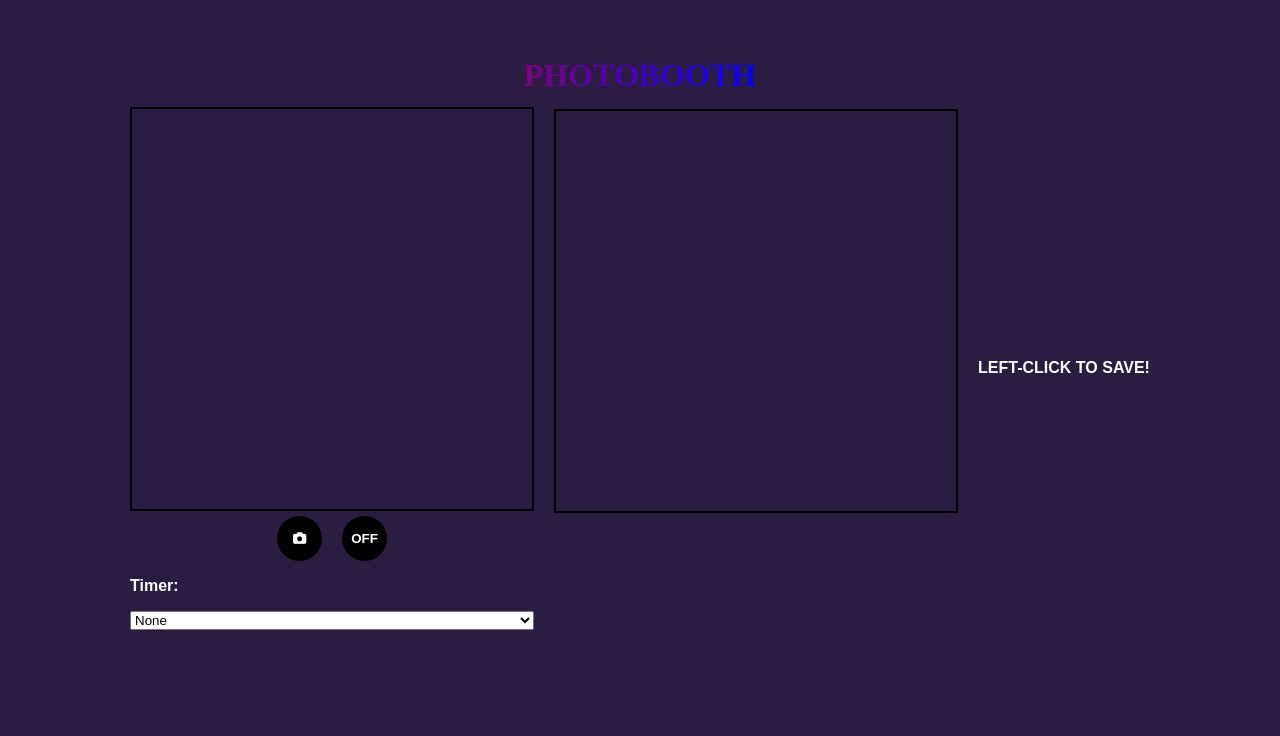
Repository: dmpelaez/photoBoothy
Page: Photobooth.html
An editor plug-in stored every save of this project. The page is shown before and after the next save, followed by the edit.
The browser window is 1280 px wide. The pictures show the whole page.
Some web libraries are served in a nearby version.

Above is the page before, as saved 2025-12-16 23:36:43.

### Photobooth.html
<!DOCTYPE html>

  <html>

    <head>

      <title>Photobooth</title>
      <!--CSS link-->
      <link rel="stylesheet" href="https://cdnjs.cloudflare.com/ajax/libs/font-awesome/7.0.1/css/all.min.css">
      <link rel="stylesheet" href="Photobooth.css">
    </head>
    <body>
      <h1>PHOTOBOOTH</h1>
      <div class="container">

        <div class="timer"></div>

        <video autoplay id="video">

        </video>
        <div class="container2">
          <button id="photo-btn" ><i class="fa-solid fa-camera"></i></button>
          <button id="btn-toggle">OFF</button>

        </div>
        <p class="timerchoose">Timer:</p>
        <select class="select" value="">
          <option value="0">None</option>
          <option  value="3">3 seconds</option>
          <option  value="5">5 seconds</option>
          <option value="7">7 seconds</option>
          <option  value="10">10 seconds</option>
        </select>

      </div>

      <canvas id="canvas-image"></canvas>
      <p class="save">Left-click to save!</p>
      <script src="Photobooth.js"></script>
    </body>

  </html>

### Photobooth.css
body {
  display: Flex;
  align-items: center;
  justify-content: center;
  HEIGHT: 100VH;
  flex-direction: row;
  gap: 20px;
  background: rgb(43, 29, 65);
}
h1 {
  position: absolute;
  top: 5%;
  background: linear-gradient(90deg, purple, blue);
    -webkit-background-clip: text;
  -webkit-text-fill-color: transparent;
}

.container {
  display: grid;
  grid-template-columns: 1fr ;
   grid-template-rows: 1fr 50px 50px;
}
.container2 {
  display: flex;
  justify-content: center;
  align-items: center;
  gap: 20px;
  padding-top: 5px;
}
#video,
#canvas-image {
  border: 2px solid black;
  height: 400px;
  width: 400px;
}
#canvas-image {
  margin-bottom: 115px;
}
#video {
  display: grid;
}
#btn-toggle {

  background: rgb(0, 0, 0);
  border: none;
  border-radius: 50%;
  height: 45px;
  width: 45px;
  color: white;
  font-weight: bold;
  font-family: arial;
  cursor: pointer;
}
#photo-btn {


  height: 45px;
  width: 45px;
  border: none;
  background: rgb(0, 0, 0);
  cursor: pointer;
  border-radius: 50%;
}
#photo-btn i {
  color: white;

}
.timer {
display: none;

}
.timerchoose {
  font-weight: bold;
  font-family: arial;
  color: white;
}

.timerPhoto {
  background: black;
  height: 50px;
  width: 50px;
  color: white;
  display: flex;
  align-items: center;
  justify-content: center;
   position: absolute;
  left: 35%;
  bottom: 69.5%;
}
.save {
  font-weight: bold;
  font-family: arial;
  color: white;
  text-transform: uppercase;
}

### Photobooth.js
//To make the video appear in html
//I use <video></video> html element
const video = document.getElementById('video');
//canvas element is where the photos will appear
const canvas = document.getElementById('canvas-image');
const btn = document.getElementById('photo-btn');
//I set the canvas into 2d to get the copy
//of the photo taken
const context = canvas.getContext('2d');


//I use navigator.mediDevices.getUsermedia
//to get access on the camera by allowing the
//video and use it to assigned as value of
//video element

///-----------------------------------------------------------------///
//Default value false
let isVideo = false;


//This is a btn for on and off to the camera
document.getElementById('btn-toggle')
.addEventListener('click', () => {

  //Condition where it looks for the opposite
  //value of isVideo by using NOT operator
  //which will result to having a value of TRUE
  if (!isVideo) {
  //once it becomes true
  //navigator.mediaDevices.getUserMedia will activate
  //and the access to video will open
  navigator.mediaDevices.getUserMedia({video: true})
  .then((stream) => {
  //access to camera
  video.srcObject = stream;
  //btn ON
   document.getElementById('btn-toggle').innerHTML = 'ON';
   //Value was change to true
   //so once the btn is click again
   //the else if is the one that will be open
     isVideo = true;

  });
} else if (isVideo) {
  //access to camera again
 navigator.mediaDevices.getUserMedia({video: true})
  .then((stream) => {
    //To stop the camera access
    stream.getTracks().forEach(track => track.stop());
    //To stop the webcam light we need to track all
    //the access video.srcObject have
    for (const track of video.srcObject.getTracks()) {
      track.stop();
    }
    //no value
    stream = null;
    //no value
   video.srcObject = null;
   //Display btn as OFF
   document.getElementById('btn-toggle').innerHTML = 'OFF';
   //Value is changed to false
   isVideo = false;

  })

}
console.log(isVideo);
});

///------------------------------------------------------------///
//capturePhoto is a function where
// the canvas width and height have the
// values of videos'
//and context.drawImage capture everything
//and replicate the videos into photo
//and before that we change its value
//to the canvas.getContext('2d')
function capturePhoto() {
  //the value canvas width and height
  // is the same as the video width and height;
  canvas.width = video.videoWidth;
  canvas.height = video.videoHeight;

  //
  context.drawImage(video, 0, 0, canvas.width, canvas.height);
}

///------------------------------------------------------------------------///
//btn for camera to capture
btn.addEventListener('click', () => {
//Finally after minutes of thinking how
//to activate the timer if the camera is open

//This will only activate if the isVideo value
// is true but its default value stop it from triggering
//the settimer() because it didn't meet the condition
if (isVideo === true) {
settimer();

}
})

document.body.addEventListener('keydown', (event) => {
  if (event.code === 'Space') {
    if (isVideo === true) {
      settimer();
  }
 }
})

///-----------------------------------------------------------------////








//Timer default setTime
let timer = 0;
//Time interval default value;
let timeInterval = null;
//Get the class selector of select element
const setTime = document.querySelector('.select');
//Use it to get the value from options
//using the eventlistener
//and reassinged the value of timer
//based on the selected value
setTime.addEventListener('change', () => {
  timer = Number(setTime.value);
})

//This is timer function
// where after five seconds
//it will capture a picture
function settimer() {
  //ClearInterval to clear the previous time
  clearInterval(timeInterval);

 //variable timeChange is assign to the value of timer
 let timeChange = timer;
  const timer2 =  document.querySelector('.timer');
  //Use if condition to trigger the funtions inside
  if (timeChange > 0) {
    console.log(timeChange);

    //timeInterval value is reassigned to setInterval
    timeInterval = setInterval(() => {
      //where the class for display of timer is added
      timer2.classList.add("timerPhoto");
      //and display it to see
       document.querySelector('.timer').innerHTML = timeChange;
       //Use if statement
       //where if the timer is equal to 0
       //it will clear the timeInterval which is this
       //part of the function to reset the timer
       //and remove the display
       //and also capture the image
       if (timeChange === 0) {
        clearInterval(timeInterval);
        capturePhoto();

        timer2.classList.remove("timerPhoto");
       }
       //Time is dropping only until it
       //reaches 0 because the if statement condition
       // remove all this part after reaching the time 0

       timeChange --;

    }, 1000);


  } else  {
    //Optional but to make sure
    //the photo is captured
    capturePhoto();

  }
}

After the next save:
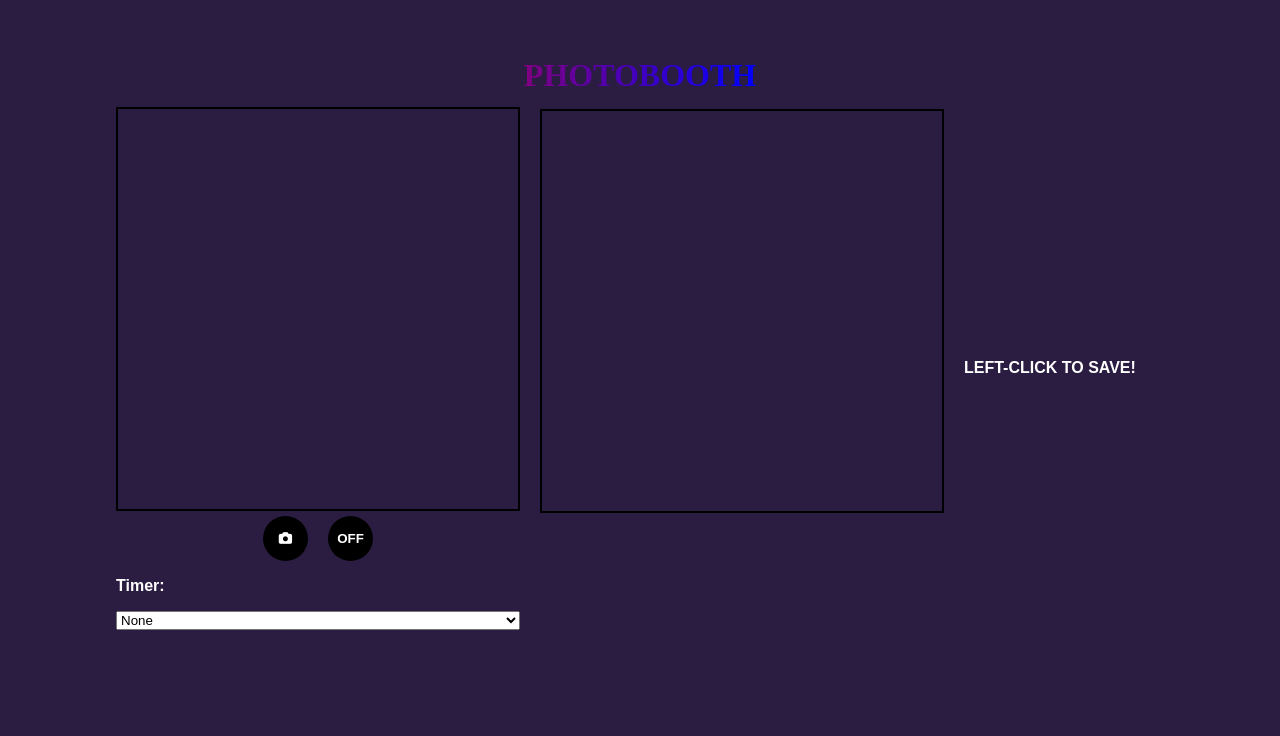
Saved 8 s later.
--- a/Photobooth.css
+++ b/Photobooth.css
@@ -92,4 +92,5 @@
   font-family: arial;
   color: white;
   text-transform: uppercase;
+  width: 200px;
 }

After the save that followed:
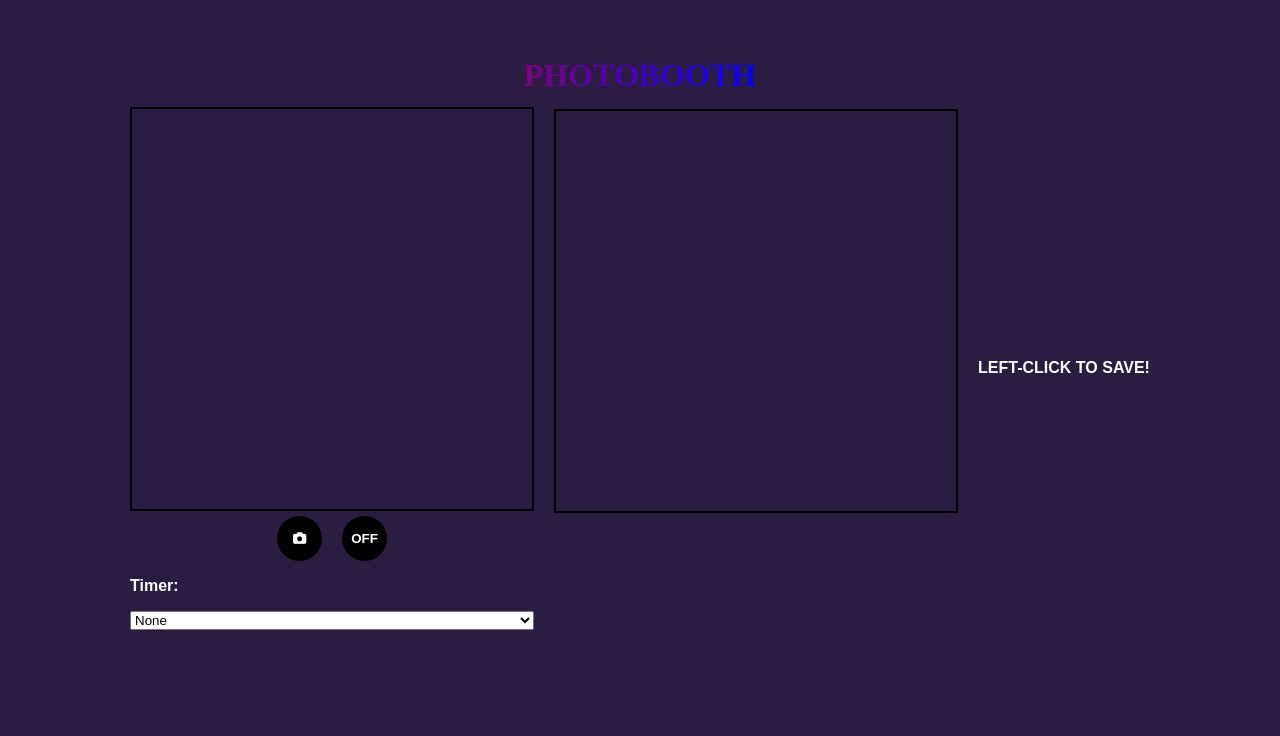
Saved 10 s later.
--- a/Photobooth.css
+++ b/Photobooth.css
@@ -92,5 +92,5 @@
   font-family: arial;
   color: white;
   text-transform: uppercase;
-  width: 200px;
+  white-space: no-wrap;
 }
